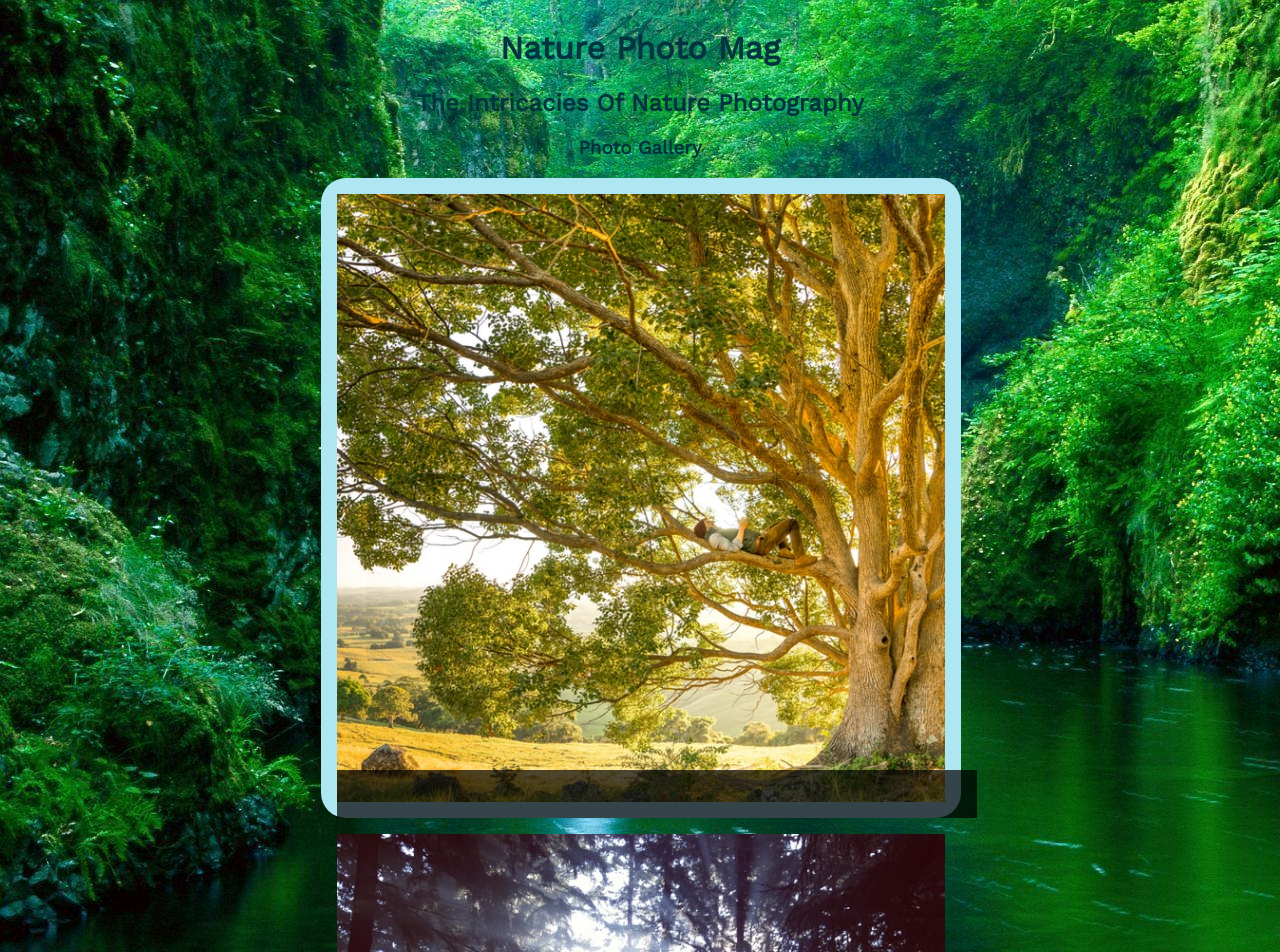
Repository: alexmaddux99/Image-Gallery
Page: index.html
An editor plug-in stored every save of this project. The page is shown before and after the next save, followed by the edit.
The browser window is 1280 px wide. The pictures show the part of the page from y = 0 to 952 px (the page is 6562 px tall before and 6866 px after).
Backgrounds fixed to the window are drawn as part of the page.

Above is the page before, as saved 2022-03-09 10:43:19.

After the next save:
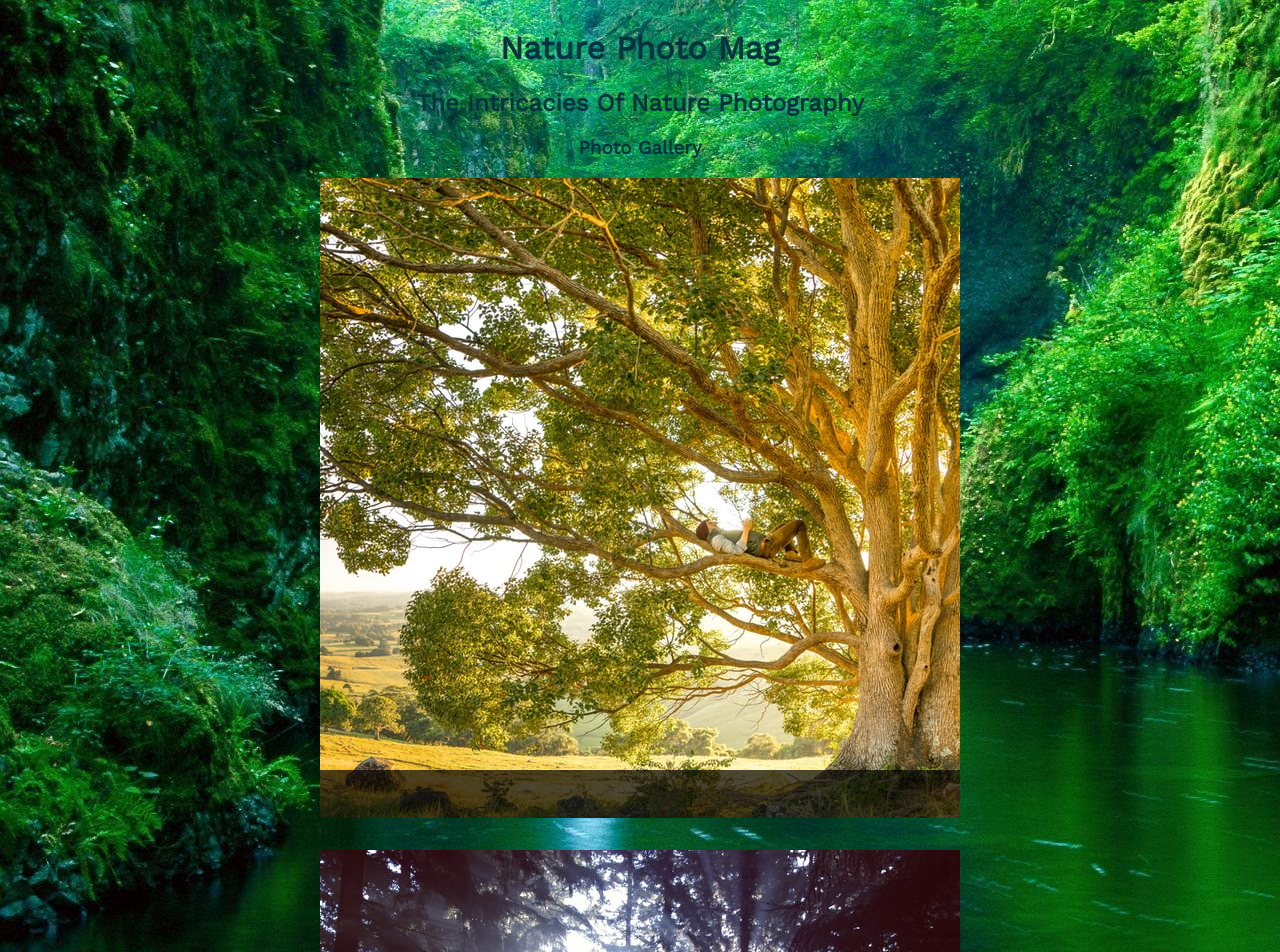
Saved 25 s later.
--- a/css/main.css
+++ b/css/main.css
@@ -76,7 +76,7 @@ section {
   display: none;
 }
 
-.frame{
+..framet{
   margin: 1rem;
     padding: 1rem;
   background-color: #AEE6F2;
